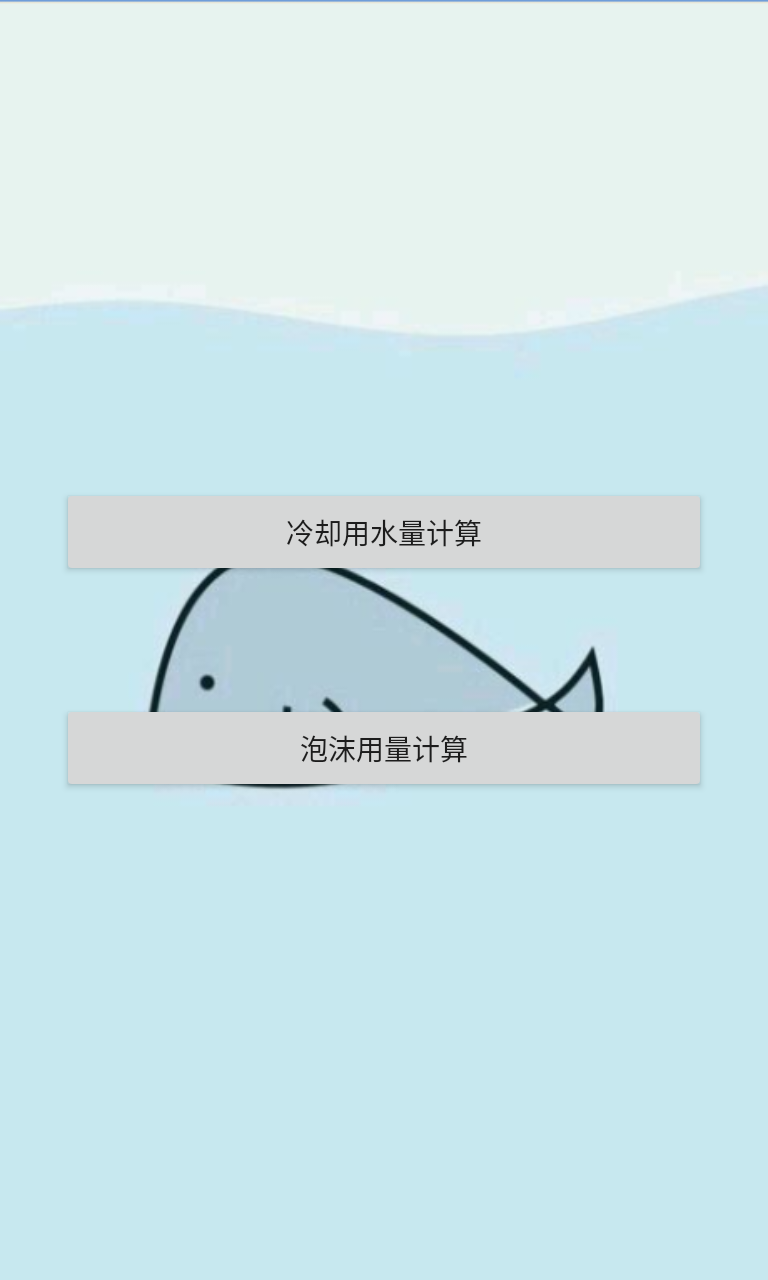
Repository: hohoTT/fireWork_handle_app
Layout: fireWork_handle_app/res/layout/oilcan_fire.xml
The author's editor kept a copy of each file at every save. The layout is drawn from the files as they stood at one save, then again after the next save.
It is drawn on a 768 x 1280 px phone screen (xhdpi) without system bars, with theme AppTheme; the app's code is not run.

Above is the layout before, as saved 2016-03-06 11:42:03.

### fireWork_handle_app/res/layout/oilcan_fire.xml
<?xml version="1.0" encoding="utf-8"?>
<LinearLayout xmlns:android="http://schemas.android.com/apk/res/android"
    android:layout_width="match_parent"
    android:layout_height="match_parent"
    android:gravity="center_vertical"
    android:orientation="vertical"
    android:background="@drawable/bg1" >

	<Button
        android:id="@+id/btu_olican_fire_water"
	    android:layout_width="match_parent"
	    android:layout_height="wrap_content"
	    android:layout_margin="30dp"
	    android:text="@string/olican_fire_water" />

    <Button
        android:id="@+id/btu_olican_fire_foam"
	    android:layout_width="match_parent"
	    android:layout_height="wrap_content"
	    android:layout_margin="30dp"
	    android:text="@string/olican_fire_foam" />


</LinearLayout>

### fireWork_handle_app/res/values/strings.xml
<?xml version="1.0" encoding="utf-8"?>
<resources>

    <string name="app_name">fireWork_handle_app</string>
    <string name="fire_calculate">现场计算</string>
    <string name="fire_agent">火灾剂用量计算</string>
    <string name="fire_plan">火灾预案</string>
    <string name="normal_fire">一般火灾计算</string>
    <string name="normal_fire_result">一般火灾用水量计算结果</string>
    <string name="oilcan_fire">油罐火灾情况下的计算</string>
    <string name="olican_fire_water">冷却用水量计算</string>
    <string name="olican_fire_foam">泡沫用量计算</string>
    <string name="olican_fire_water_result">该油罐火灾用水量计算结果</string>
    <string name="oilcan_fire_foam_result">该油罐火灾泡沫用量计算结果</string>
    <string name="water_power">供水压力计算</string>
    <string name="water_power_fire">火场供水压力计算</string>
    <string name="water_power_pump">水泵接合器供水技术计算</string>
    <string name="water_power_fire_building">建筑火灾供水压力计算</string>
    <string name="water_power_fire_building_result">建筑火灾火场供水压力计算结果</string>
    <string name="water_power_fire_oilcan">油罐火灾供水压力计算</string>
    <string name="water_power_fire_oilcan_result">油罐火灾供水压力计算结果</string>
    <string name="water_power_pump_low">建高小于50米的供水压力计算</string>
    <string name="water_power_pump_low_result">建高小于50米的供水压力计算结果</string>
    <string name="water_power_pump_high">建高高于50米的供水压力计算</string>
    <string name="water_power_pump_high_result">建高高于50米的供水压力计算结果</string>


    <string name="btu_water_power">供水压力计算</string>
    <string name="btu_oilcan_fire">油罐火灾计算</string>
    <string name="fire_area">请输入过火面积</string>
    <string name="olican_diameter">请输入油罐直径</string>
    <string name="text_olican_type">请选择您需要计算的油罐类型:</string>
    <string name="olican_type_fixed">固定顶油罐</string>
    <string name="olican_type_drift">浮顶油罐</string>
    <string name="olican_fire_foam_area">请输入油罐的燃烧面积</string>
    <string name="olican_fire_foam_flow">请输入流量</string>
    <string name="water_power_fire_building_count_feeder">请输入一条干线支线的数量</string>
    <string name="water_power_fire_building_count_groundline_band">请输入一条干线水带数量</string>
    <string name="water_power_fire_building_count_feeder_band">请输入一条支线水带数量</string>
    <string name="water_power_fire_building_height">请输入高度差</string>

    <string name="water_power_fire_oilcan_count_feeder">请输入一条干线支线的数量</string>
    <string name="water_power_fire_oilcan_count_groundline_band">请输入一条干线水带数量</string>
    <string name="water_power_fire_oilcan_count_feeder_band">请输入一条支线水带数量</string>
    <string name="water_power_fire_oilcan_height">请输入高度差</string>
    <string name="water_power_pump_low_height">请输入建筑高度(小于50米)</string>
    <string name="water_power_pump_high_height">请输入建筑高度(大于50米)</string>



    <string name="text_water">一般火灾中每秒的用水量为 : </string>
    <string name="text_fire_time">10吨消防车可持续灭火的时间为 : </string>
    <string name="text_oilcan_fire_water">该油罐火灾中每秒的用水量为 : </string>
    <string name="text_oilcan_fire_foam_water">该油罐火灾中水的用量为 : </string>
    <string name="text_oilcan_fire_form_stoste">该油罐火灾中泡沫原液的用量为 : </string>
    <string name="text_water_power_fire_building_65">65mm水带建筑火灾的供水压力为 : </string>
    <string name="text_water_power_fire_building_80">80mm水带建筑火灾的供水压力为 : </string>
    <string name="text_water_power_fire_oilcan_65">65mm水带油罐火灾的供水压力为 : </string>
    <string name="text_water_power_fire_oilcan_80">80mm水带油罐火灾的供水压力为 :</string>
    <string name="test_water_power_pump_low_height">该建筑高度下的供水压力为 :</string>
    <string name="test_water_power_pump_high_height">该建筑高度下的供水压力为 :</string>


    <string name="btn_send">提交</string>

    <string name="hello_world">Hello world!</string>
    <string name="action_settings">Settings</string>





</resources>

### fireWork_handle_app/res/drawable/shape_one.xml
<?xml version="1.0" encoding="utf-8"?>
<shape
    xmlns:android="http://schemas.android.com/apk/res/android"

  android:shape="oval">

    <!-- 填充的颜色 -->

    <solid android:color="#EED5B7"/>

     <!-- 设置按钮的四个角为弧形 -->

     <!-- android:radius 弧形的半径 -->

     <corners android:radius="360dip"/>



     <!-- padding: Button 里面的文字与Button边界的间隔 -->

     <padding

        android:left="10dp"

        android:top="10dp"

        android:right="10dp"

        android:bottom="10dp"

     />

</shape>

### fireWork_handle_app/res/drawable/shape_two.xml
<?xml version="1.0" encoding="utf-8"?>
<shape
    xmlns:android="http://schemas.android.com/apk/res/android"

  android:shape="oval">

    <!-- 填充的颜色 -->

    <solid android:color="#CAFF70"/>

     <!-- 设置按钮的四个角为弧形 -->

     <!-- android:radius 弧形的半径 -->

     <corners android:radius="360dip"/>



     <!-- padding: Button 里面的文字与Button边界的间隔 -->

     <padding

        android:left="10dp"

        android:top="10dp"

        android:right="10dp"

        android:bottom="10dp"

     />

</shape>

Loaded but not shown: fireWork_handle_app/res/values/styles.xml (common file); fireWork_handle_app/res/values-v11/styles.xml (common file); fireWork_handle_app/res/values-v14/styles.xml (common file)

After the next save:
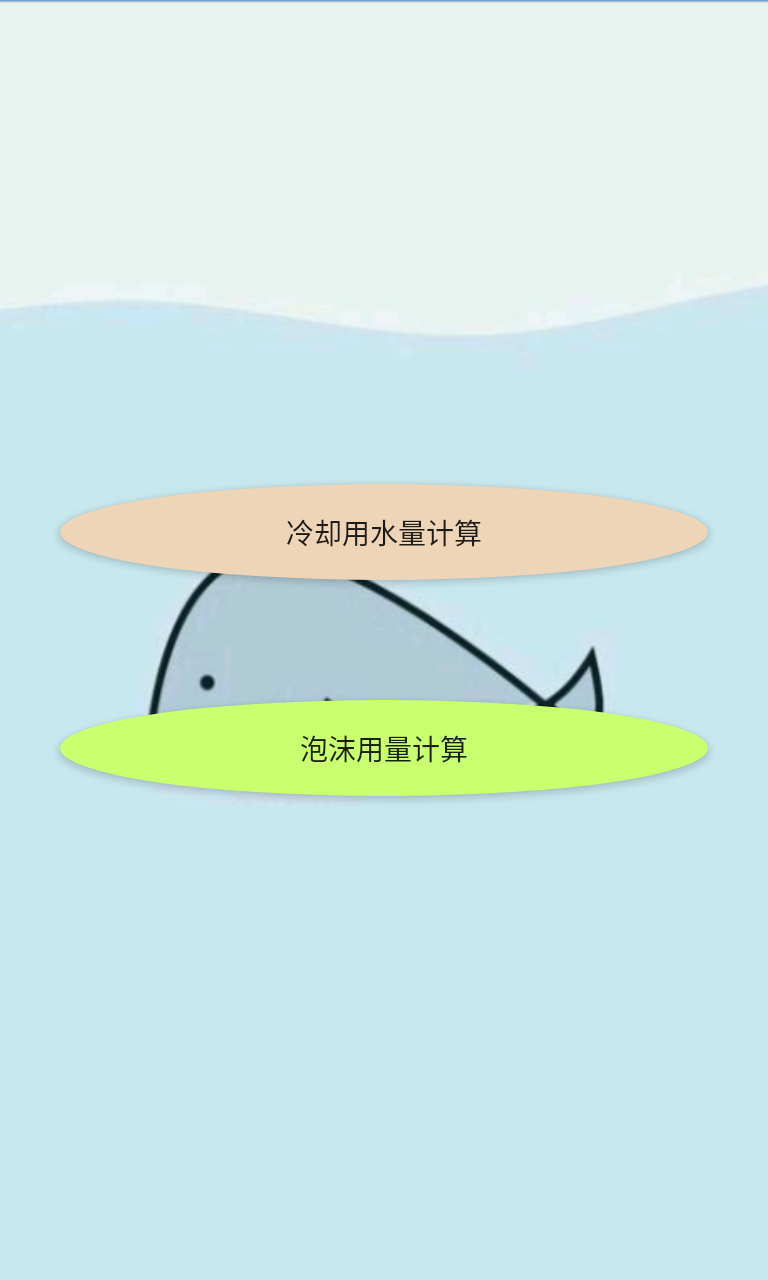
Saved 12 min 29 s later.
--- a/fireWork_handle_app/res/layout/oilcan_fire.xml
+++ b/fireWork_handle_app/res/layout/oilcan_fire.xml
@@ -11,14 +11,16 @@
 	    android:layout_width="match_parent"
 	    android:layout_height="wrap_content"
 	    android:layout_margin="30dp"
-	    android:text="@string/olican_fire_water" />
+	    android:text="@string/olican_fire_water"
+	    android:background="@drawable/shape_one" />
 
     <Button
         android:id="@+id/btu_olican_fire_foam"
 	    android:layout_width="match_parent"
 	    android:layout_height="wrap_content"
 	    android:layout_margin="30dp"
-	    android:text="@string/olican_fire_foam" />
+	    android:text="@string/olican_fire_foam"
+	    android:background="@drawable/shape_two" />
 
 
 </LinearLayout>
